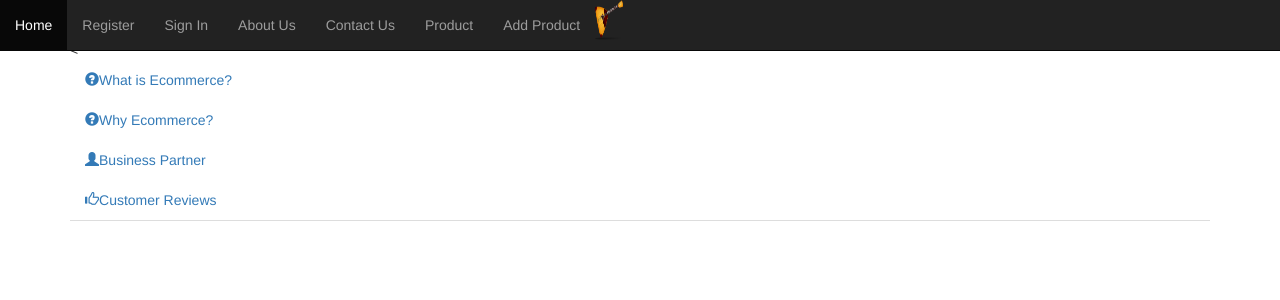
Repository: aradhana15/myFinalRepository
Page: http://localhost/music/WEB-INF/views/yecomm.jsp
The author's editor kept a copy of each file at every save. The page is drawn from the files as they stood at one save, then again after the next save.
The browser window is 1280 px wide. The pictures show the whole page.
The page is served by Tomcat 9. Nobody is signed in. Other server files are loaded and not shown. The template is opened directly, without the code that normally fills it, so the values that code supplies are empty.

Above is the page before, as saved 2016-04-23 16:40:19.
Console error (its wording comes from the project's code and is left out).

### wwf/music/src/main/webapp/WEB-INF/views/yecomm.jsp
<html>
<%@include file="header.jsp"%>
<head>
</head>
<body>


</body>
</html>

### wwf/music/src/main/webapp/WEB-INF/views/header.jsp

<meta name="viewport" content="width=device-width, initial-scale=1">
<link rel="stylesheet"
	href="http://maxcdn.bootstrapcdn.com/bootstrap/3.3.6/css/bootstrap.min.css">
<script
	src="http://maxcdn.bootstrapcdn.com/bootstrap/3.3.6/js/bootstrap.min.js"></script>
<%@taglib prefix="spr" uri="http://www.springframework.org/tags"%>
<%@taglib prefix="c" uri="http://java.sun.com/jsp/jstl/core"%>


<div class="container">
	<div class="navbar navbar-inverse navbar-fixed-top" role="navigation" style="background-color: #223344 olive;">


		<div class="nav navbar-nav">
			<li class="active"><a href="house">Home</a></li>
			<li><a href="register">Register</a></li>
			<!-- if u by deflt make anything acive -->
			<li><a href="sign">Sign In</a></li>
			<li><a href="aboutus">About Us</a></li>
			<li><a href="contactus">Contact Us</a></li>
			<li><a href="product">Product</a></li>
			<li><a href="addproduct">Add Product</a></li>
			 <li><img src="<c:url value='/resources/images/guitar.jpg' />"height="40px" width="30px"></li>


		</div>
	</div>
	<!-- <div class="nav navbar-nav"> -->
	<br>
	<br>
	<div class="nav nav-tabs">
		<button type="button" class="navbar-toggle" data-toggle="collapse"
			data-target=".navbar-collapse">
			<span class="sr-only">Toggle navigation</span> <span class="icon-bar"></span>
			<span class="icon-bar"></span> <span class="icon-bar"></span>
		</button>
		< <ul class="nav">
			<li class="active"><a href="whatecomm"> <i
					class="glyphicon glyphicon-question-sign"></i>What is Ecommerce?</a>
			<li><a href="yecomm"> <i
					class="glyphicon glyphicon-question-sign"></i>Why Ecommerce?</a></li>
			<li><a href="businessparter"> <i
					class="glyphicon glyphicon-user"></i>Business Partner</a></li>
			<li><a href="custreview"> <i
					class="glyphicon glyphicon-thumbs-up"></i>Customer Reviews</a></li>
		</ul>



	</div>

</div>

After the next save:
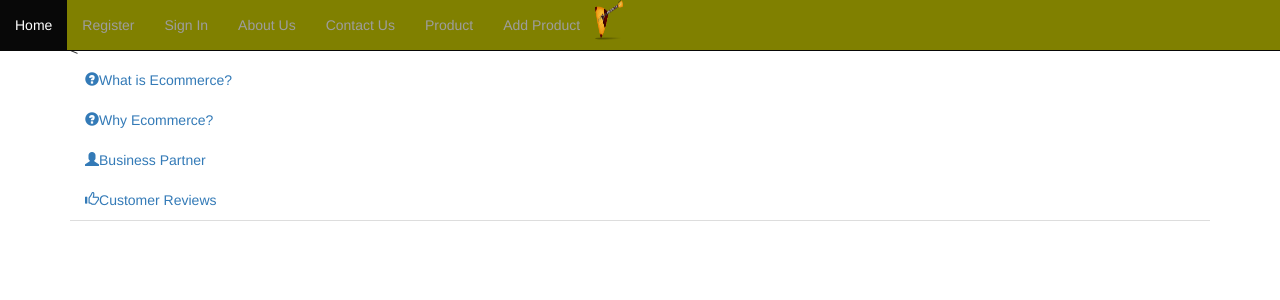
Saved 12 s later.
--- a/wwf/music/src/main/webapp/WEB-INF/views/header.jsp
+++ b/wwf/music/src/main/webapp/WEB-INF/views/header.jsp
@@ -9,7 +9,7 @@
 
 
 <div class="container">
-	<div class="navbar navbar-inverse navbar-fixed-top" role="navigation" style="background-color: #223344 olive;">
+	<div class="navbar navbar-inverse navbar-fixed-top" role="navigation" style="background-color: olive;">
 
 
 		<div class="nav navbar-nav">
